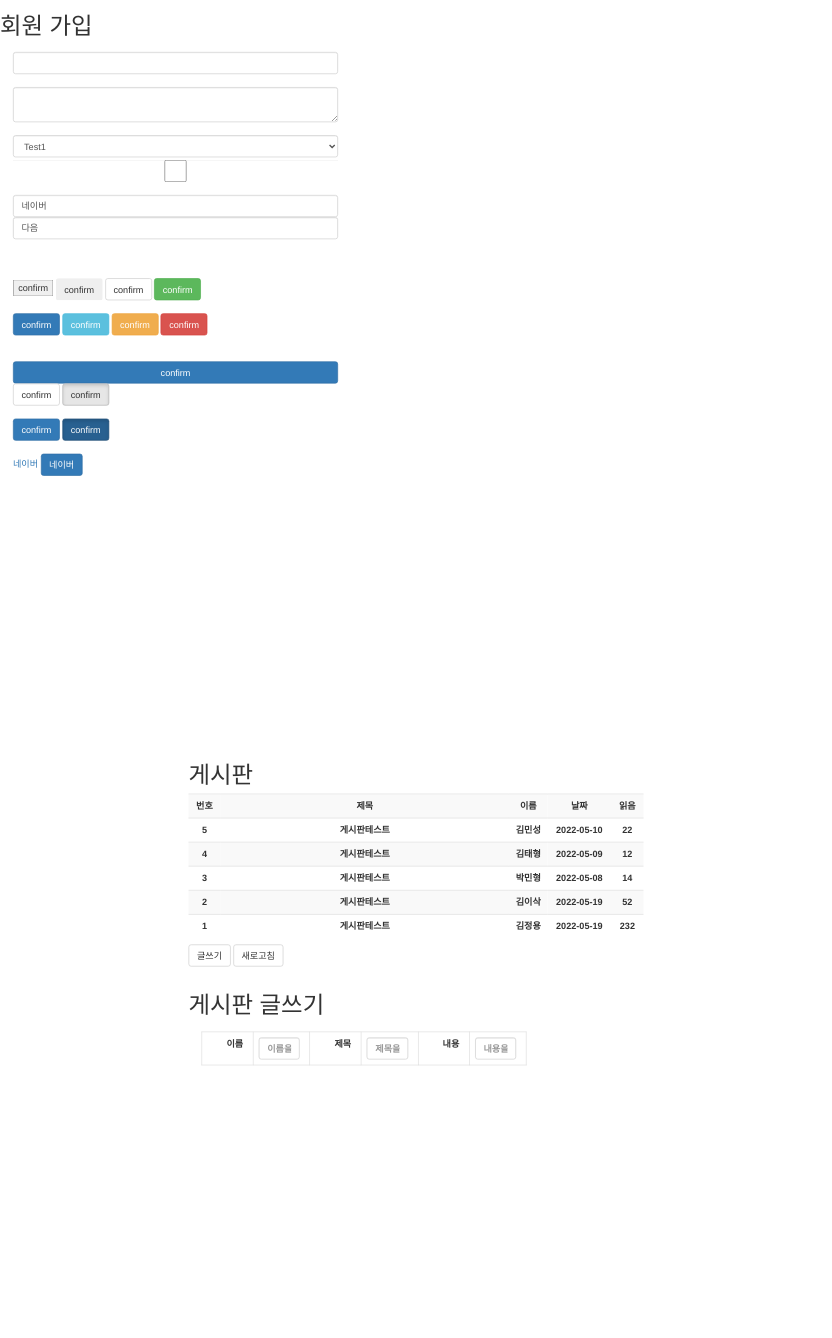
Repository: Umkimisstrong/UM_Webbb
Page: BootstrapApp/WebContent/BootEx03.html
The author's editor kept a copy of each file at every save. The page is drawn from the files as they stood at one save, then again after the next save.
The browser window is 1280 px wide. The pictures show the whole page, at 65% of full size.

Above is the page before, as saved 2022-05-16 03:08:39.

### BootstrapApp/WebContent/BootEx03.html
<!DOCTYPE html>
<html>
<head>
<meta charset="UTF-8">
<title>BootEx03.html</title>

<link rel="stylesheet" type="text/css" href="css/bootstrap.css">
<script type="text/javascript" src="http://code.jquery.com/jquery.min.js"></script>
<script type="text/javascript" src="js/bootstrap.min.js"></script>

<style type="text/css">
	form
	{
		width: 500px;
		margin: 20px;
	}
	#table1
	{
		width: 720px;
	}

	#table1 th { text-align: center;}
	#table1 th:nth-child(1) { width: 50px;}
	#table1 th:nth-child(2) { width: 460px;}
	#table1 th:nth-child(3) { width: 60px;}
	#table1 th:nth-child(4) { width: 100px;}
	#table1 th:nth-child(5) { width: 50px;}

	#table1 td { width: 50px;}
	#table1 td:nth-child(2) { text-align: left;}
	#table1 td:nth-child(5) { text-align: right;}

	#btnSet {margin-top: -10px;}
	#main {width: 700px; margin: 0px auto;}

	#tblAdd{width: 600px;}
	#tblAdd th{width: 150px; text-align: right; padding-right: 15px;}
	#tblAdd td{width: 450px;}




</style>
</head>
<body>

<div>
<h1>회원 가입</h1>
</div>

<form action="">
	<input type="text" class='form-control'/>
	<br />

	<textarea name="" class='form-control' id="" cols="" rows=""></textarea>
	<br />

	<select name="" id="" class='form-control'>
		<option value="">Test1</option>
		<option value="">Test2</option>
		<option value="">Test3</option>
		<option value="">Test4</option>
	</select>

	<input type="checkbox"  class='form-control' />
	<br />
	<a href="#" class='form-control' >네이버</a>
	<a href="#" class='form-control'>다음</a>
	<br />
	<br />
	<br />


	<input type="button" value="confirm" />
	<input type="button" value="confirm" class="btn"/>
	<input type="button" value="confirm" class="btn btn-default"/>
	<input type="button" value="confirm" class="btn btn-success"/>

	<br /><br />
	<input type="button" value="confirm" class="btn btn-primary"/>
	<input type="button" value="confirm" class="btn btn-info"/>
	<input type="button" value="confirm" class="btn btn-warning"/>
	<input type="button" value="confirm" class="btn btn-danger"/>

	<br />
	<br />
	<br />

	<!-- btn-block : 버튼이 포함되어 있는 부모 요소만큼 꽉 채워서 렌더링 한다. -->
	<input type="button" value="confirm" class="btn btn-primary btn-block"/>

	<input type="button" value="confirm" class="btn btn-default"/>
	<input type="button" value="confirm" class="btn btn-default active"/>
	<br /><br />

	<input type="button" value="confirm" class="btn btn-primary"/>
	<input type="button" value="confirm" class="btn btn-primary active"/>
	<br /><br />


	<!-- btn 속성을 부여할때 role=button 속성을 같이 명시해준다 -->
	<a href="#">네이버</a>
	<a href="#" class="btn btn-primary" role="button">네이버</a>

</form>


	<br />	<br />	<br />	<br />	<br />	<br />	<br />	<br />	<br />	<br />	<br />	<br />	<br />	<br />	<br />	<br />	<br />
	<br />
	<br />
	<br />

<div id="main">
	<h1>게시판</h1>

	<table class="table table-striped" id="table1">
		<tr>
			<th>번호</th>
			<th>제목</th>
			<th>이름</th>
			<th>날짜</th>
			<th>읽음</th>
		</tr>
		<tr>
			<th>5</th>
			<th>게시판테스트</th>
			<th>김민성</th>
			<th>2022-05-10</th>
			<th>22</th>
		</tr>
		<tr>
			<th>4</th>
			<th>게시판테스트</th>
			<th>김태형</th>
			<th>2022-05-09</th>
			<th>12</th>
		</tr>
		<tr>
			<th>3</th>
			<th>게시판테스트</th>
			<th>박민형</th>
			<th>2022-05-08</th>
			<th>14</th>
		</tr>
		<tr>
			<th>2</th>
			<th>게시판테스트</th>
			<th>김이삭</th>
			<th>2022-05-19</th>
			<th>52</th>
		</tr>
		<tr>
			<th>1</th>
			<th>게시판테스트</th>
			<th>김정용</th>
			<th>2022-05-19</th>
			<th>232</th>
		</tr>
	</table>

	<div id="btnSet">
		<input type="button" value="글쓰기" class="btn btn-default" />
		<input type="button" value="새로고침" class="btn btn-default" />
	</div>
</div>


<br />

<div id="main">
	<h1>게시판 글쓰기</h1>
	<form action="">
		<table class="table table-bordered" id="tblAdd">
			<tr>
				<th>이름</th>
				<th>
					<input type="text" class="form-control" placeholder="이름을 입력하세요" />
				</th>
				<th>제목</th>
				<th>
					<input type="text" class="form-control" placeholder="제목을 입력하세요" />
				</th>
				<th>내용</th>
				<th>
					<input type="text" class="form-control" placeholder="내용을 입력하세요" />
				</th>
			</tr>
		</table>

	</form>


</div>




















<br />	<br />	<br />	<br />	<br />	<br />	<br />	<br />	<br />	<br />	<br />	<br />	<br />	<br />	<br />	<br />	<br />
	<br />
	<br />
	<br />





</body>
</html>

Loaded but not shown: BootstrapApp/WebContent/css/bootstrap.css (library); BootstrapApp/WebContent/js/bootstrap.min.js (library)

After the next save:
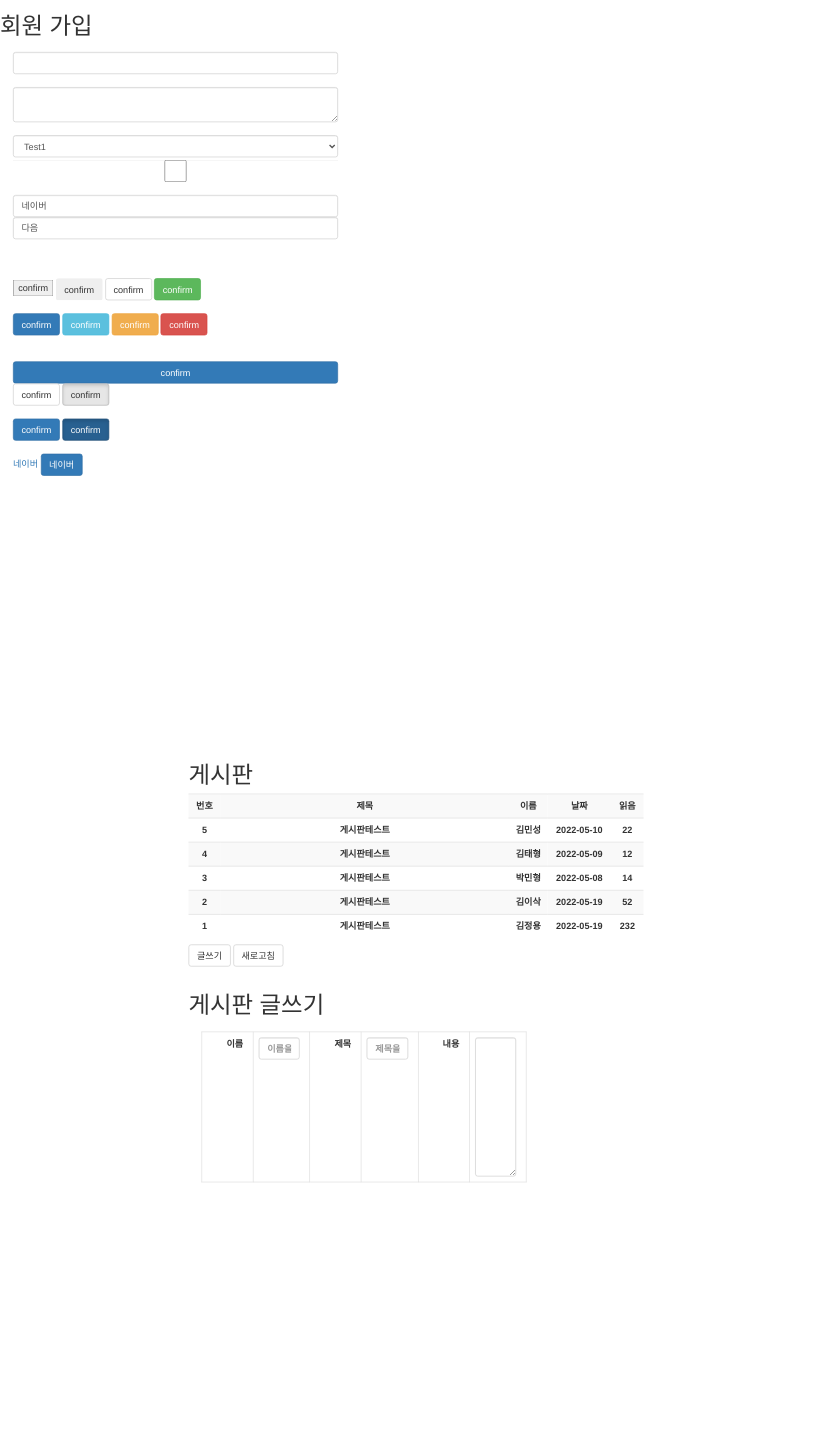
Saved 25 s later.
--- a/BootstrapApp/WebContent/BootEx03.html
+++ b/BootstrapApp/WebContent/BootEx03.html
@@ -182,7 +182,7 @@
 				</th>
 				<th>내용</th>
 				<th>
-					<input type="text" class="form-control" placeholder="내용을 입력하세요" />
+					<textarea name="" id="" cols="30" rows="10" class="form-control"></textarea>
 				</th>
 			</tr>
 		</table>
